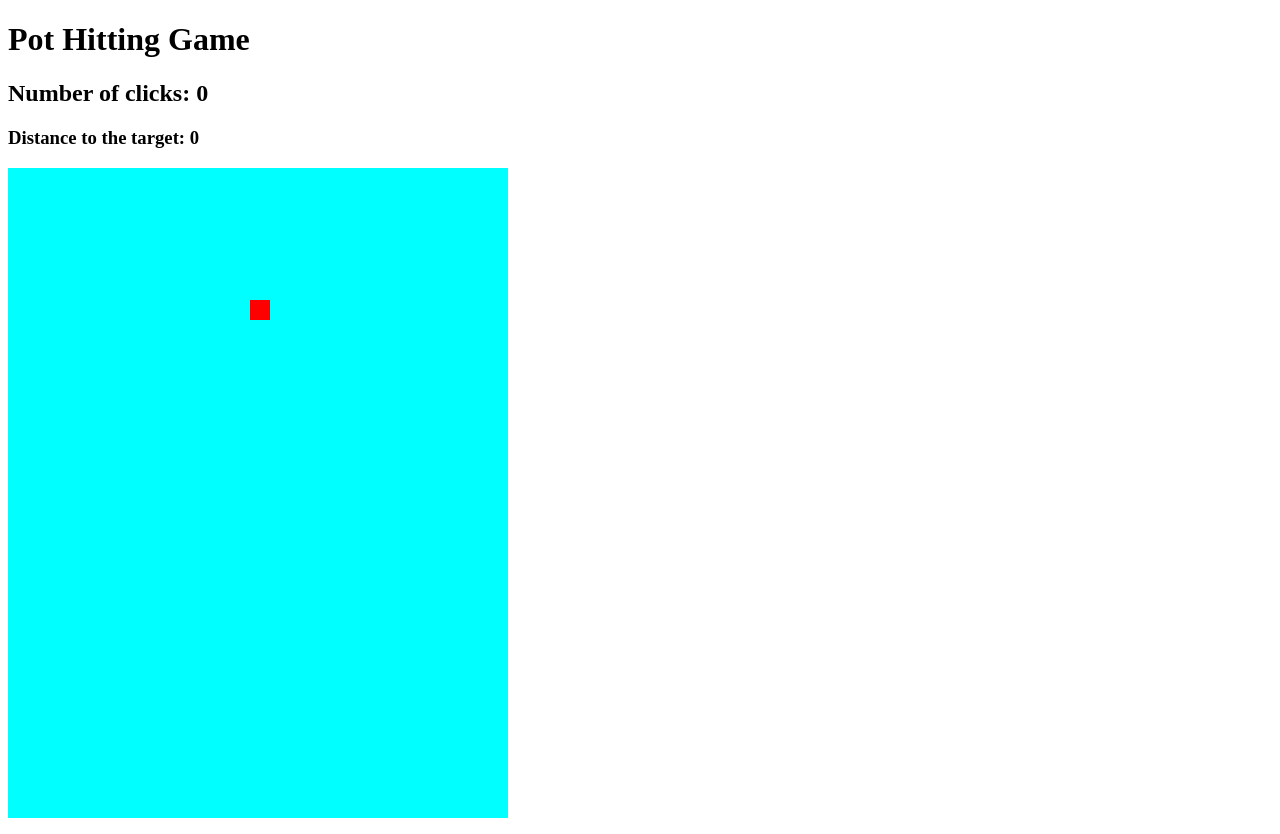
Repository: manojsatya/Web_development
Page: PotHitting_game/index.html
An editor plug-in stored every save of this project. The page is shown before and after the next save, followed by the edit.
The browser window is 1280 px wide. The pictures show the whole page.

Above is the page before, as saved 2019-06-03 12:25:29.

After the next save:
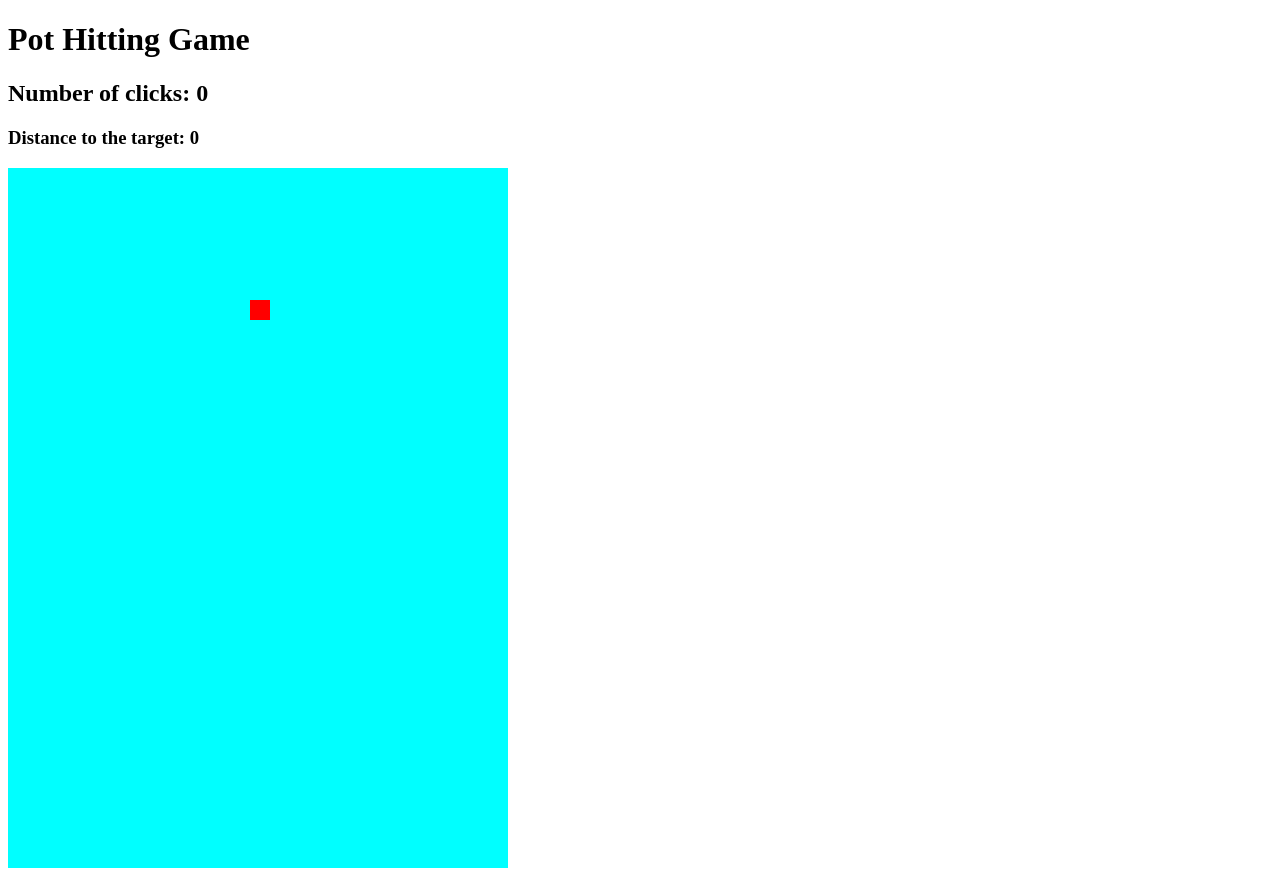
Saved 13 s later.
--- a/PotHitting_game/potplay.css
+++ b/PotHitting_game/potplay.css
@@ -1,5 +1,5 @@
 .playarea{
-    padding-top: 50px;
+    padding-top: 100px;
     width: 500px;
     height: 600px;
     background-color: aqua;
